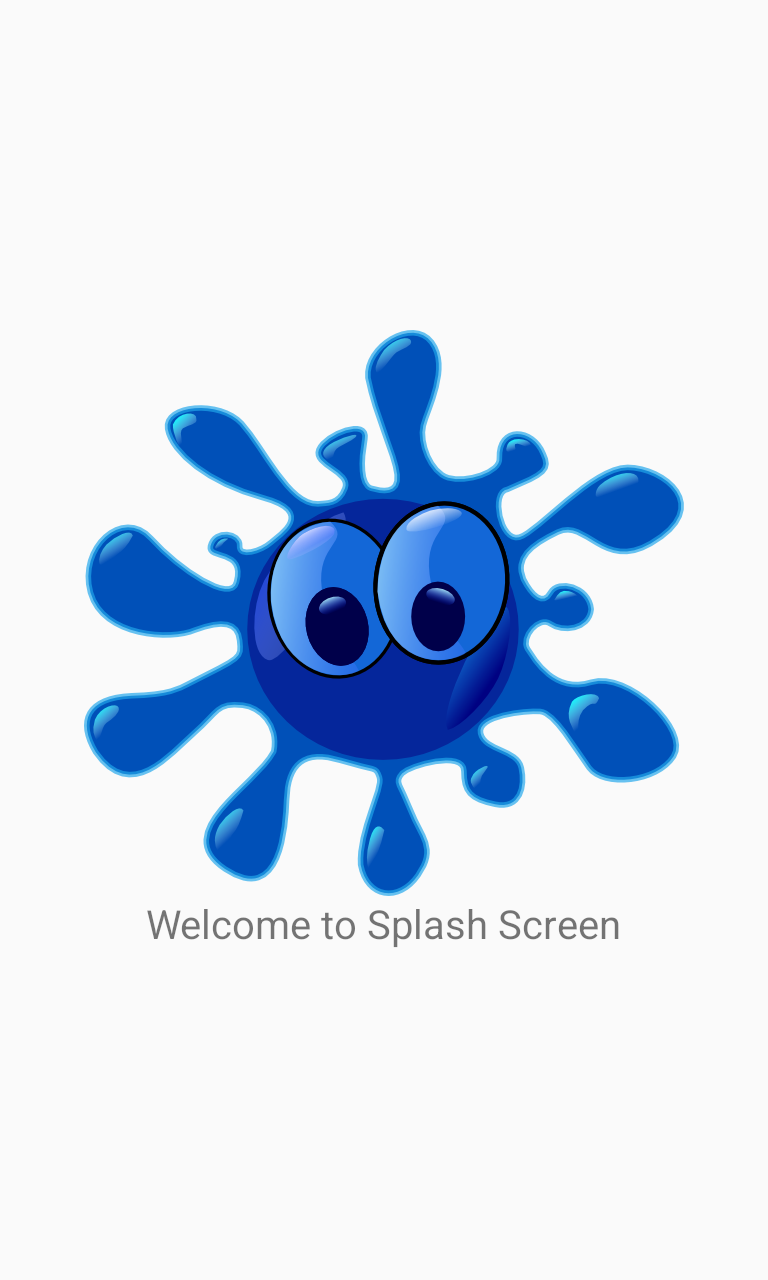
Repository: AlvaroCortez/Assigment1
Layout: SplashScreen/res/layout/activity_main.xml
These files come from the project's save history. The layout is drawn as it stood at one moment and after the next save; the edit follows.
It is drawn on a 768 x 1280 px phone screen (xhdpi) without system bars, with theme AppTheme; the app's code is not run.

Above is the layout before, as saved 2014-04-27 17:37:06.

### SplashScreen/res/layout/activity_main.xml
<LinearLayout xmlns:android="http://schemas.android.com/apk/res/android"
    xmlns:tools="http://schemas.android.com/tools"
    android:layout_width="match_parent"
    android:layout_height="match_parent"
    android:gravity="center"
    android:orientation="vertical" >

    <ImageView
        android:layout_width="wrap_content"
        android:layout_height="wrap_content"
        android:contentDescription="@string/app_name"
        android:src="@drawable/splash" />

    <TextView
        android:id="@+id/splash_message"
        android:layout_width="wrap_content"
        android:layout_height="wrap_content"
        android:text="@string/splash_message"
        android:textSize="20sp"
        tools:context=".MainActivity"/>


</LinearLayout>

### SplashScreen/res/values/strings.xml
<?xml version="1.0" encoding="utf-8"?>
<resources>
    <string name="app_name">SplashScreen</string>
    <string name="hello_world">Hello world!</string>
    <string name="menu_settings">Settings</string>
    <string name="title_activity_main">MainActivity</string>
    <string name="action_settings">MainActivity</string>
    <string name="title_activity_demo">Splash Screen</string>
    <string name="splash_message">Welcome to Splash Screen</string>
    <string name="demo_message">Home Screen</string>
</resources>

Loaded but not shown: SplashScreen/res/values/styles.xml (common file); SplashScreen/res/values-v11/styles.xml (common file); SplashScreen/res/values-v14/styles.xml (common file)

After the next save:
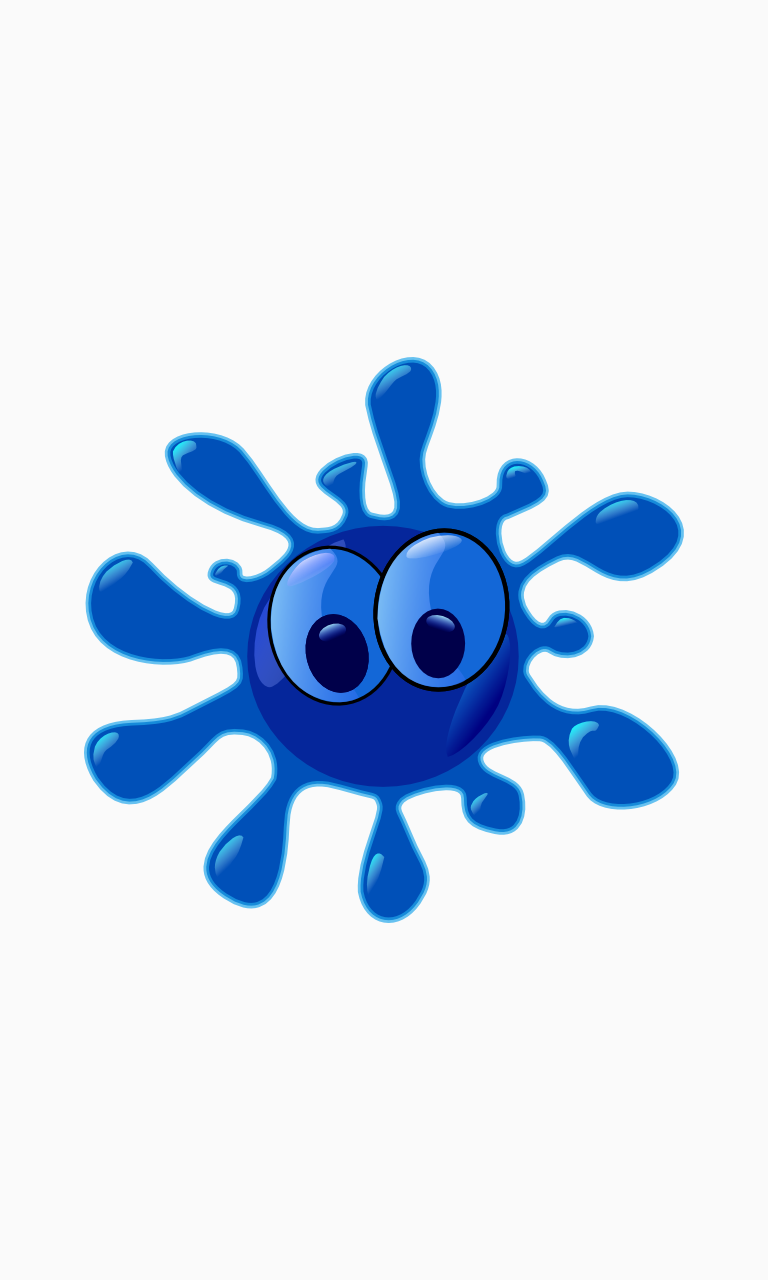
Saved 6 min 9 s later.
--- a/SplashScreen/res/layout/activity_main.xml
+++ b/SplashScreen/res/layout/activity_main.xml
@@ -9,9 +9,15 @@
         android:layout_width="wrap_content"
         android:layout_height="wrap_content"
         android:contentDescription="@string/app_name"
-        android:src="@drawable/splash" />
+        android:src="@drawable/splash" /></LinearLayout>
 
-    <TextView
+    <LinearLayout xmlns:android="http://schemas.android.com/apk/res/android"
+    xmlns:tools="http://schemas.android.com/tools"
+    android:layout_width="match_parent"
+    android:layout_height="match_parent"
+    android:gravity="center"
+    android:orientation="vertical" >
+        <TextView
         android:id="@+id/splash_message"
         android:layout_width="wrap_content"
         android:layout_height="wrap_content"

After the 3 saves that followed:
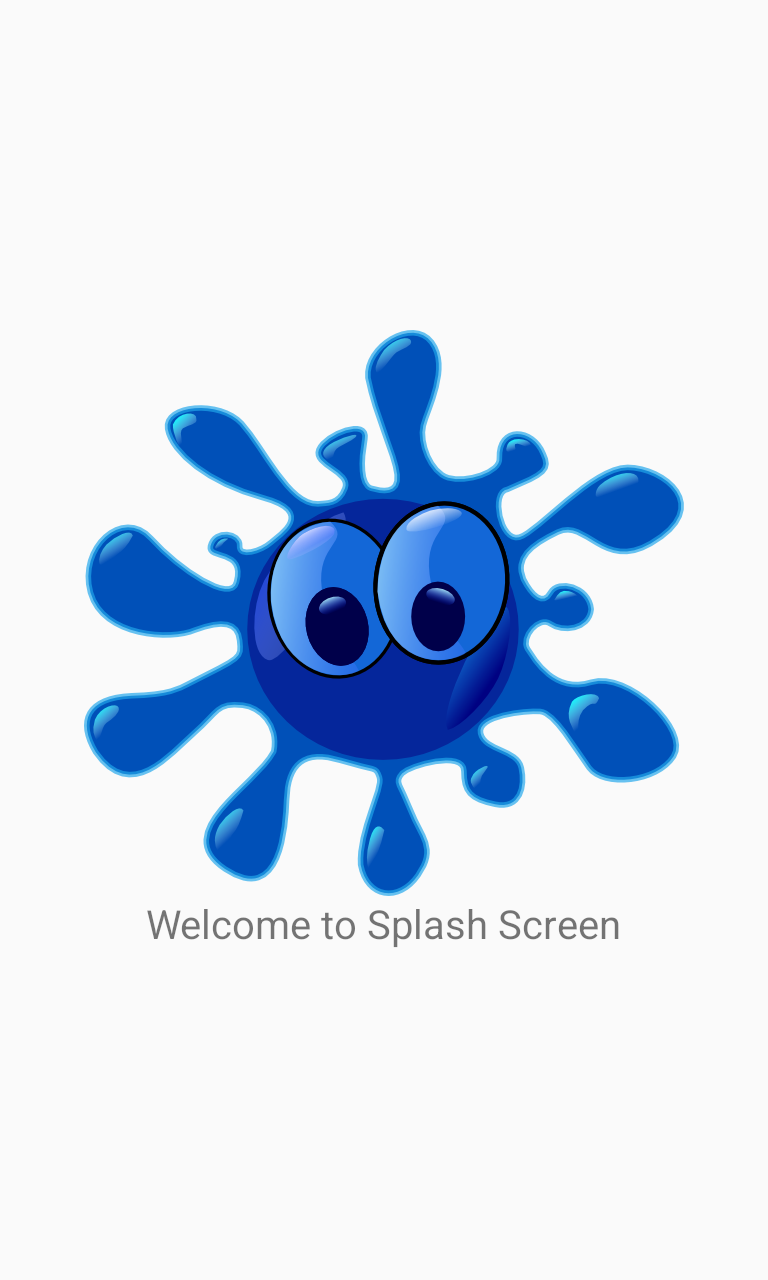
The 3 saves are shown as one change because 2 left the picture as it was.
The last was saved 104 s later.
--- a/SplashScreen/res/layout/activity_main.xml
+++ b/SplashScreen/res/layout/activity_main.xml
@@ -9,14 +9,8 @@
         android:layout_width="wrap_content"
         android:layout_height="wrap_content"
         android:contentDescription="@string/app_name"
-        android:src="@drawable/splash" /></LinearLayout>
+        android:src="@drawable/splash" />
 
-    <LinearLayout xmlns:android="http://schemas.android.com/apk/res/android"
-    xmlns:tools="http://schemas.android.com/tools"
-    android:layout_width="match_parent"
-    android:layout_height="match_parent"
-    android:gravity="center"
-    android:orientation="vertical" >
         <TextView
         android:id="@+id/splash_message"
         android:layout_width="wrap_content"
